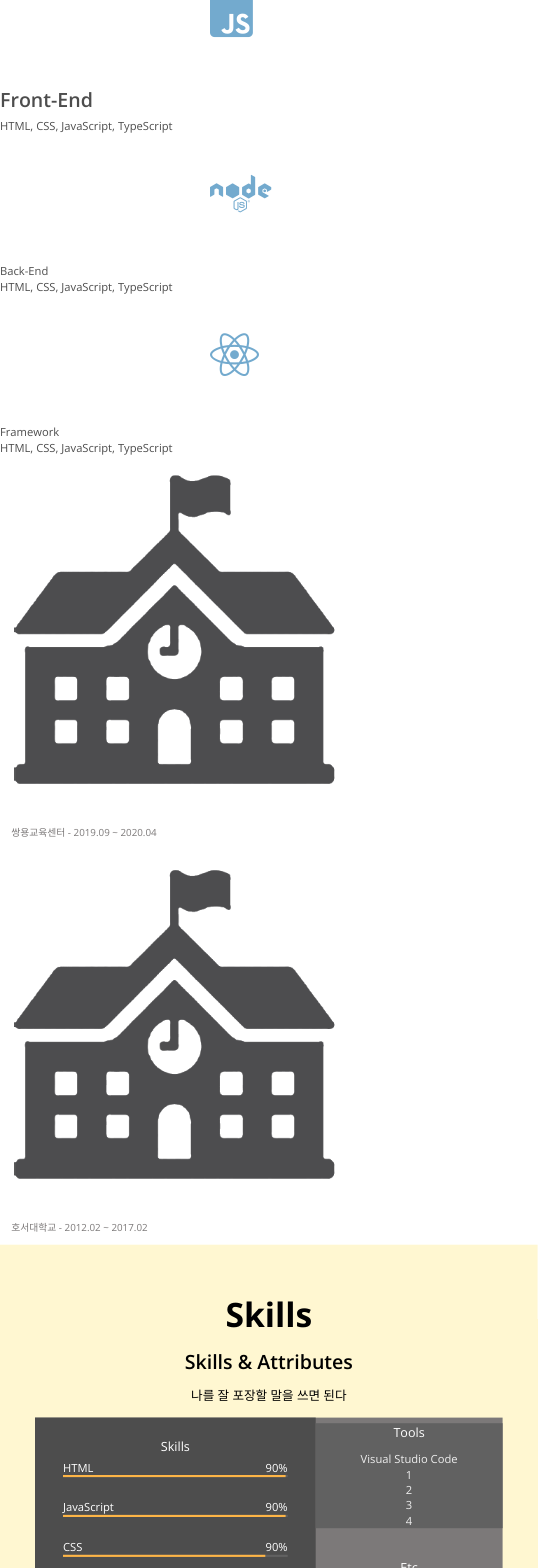
Repository: DevMinwoo-Jung/MinwooPortfolio
Page: index.html
An editor plug-in stored every save of this project. The page is shown before and after the next save, followed by the edit.
The browser window is 768 px wide. The pictures show the part of the page from y = 1383 to 3623 px (the page is 6937 px tall before and 7373 px after), at 70% of full size.

Above is the page before, as saved 2021-06-01 11:23:23.

### index.html
<!DOCTYPE html>
<html lang="en">
<head>
  <meta charset="UTF-8">
  <meta http-equiv="X-UA-Compatible" content="IE=edge">
  <meta name="viewport" content="width=device-width, initial-scale=1.0">
  <title>Minwoo's Portfolio</title>
  <meta name="description" content="(will be) world-renowned Front-End Web developer Minwoo">
  <meta name="author" content= "Minwoo Jung">
  <link rel="icon" type ="image/png" href="imgs/favicon.png">
  <link rel="stylesheet" href="https://use.fontawesome.com/releases/v5.15.3/css/all.css" integrity="sha384-SZXxX4whJ79/gErwcOYf+zWLeJdY/qpuqC4cAa9rOGUstPomtqpuNWT9wdPEn2fk" crossorigin="anonymous">
  <link rel="preconnect" href="https://fonts.gstatic.com">
<link href="https://fonts.googleapis.com/css2?family=Open+Sans:wght@400;600;700&display=swap" rel="stylesheet">
<link rel="stylesheet" href="style.css">
<script src="main.js" defer></script>
</head>
<body>
  <!-- Navbar -->
  <nav id="navbar">
    <div class="navbar__logo">
      <img src="imgs/favicon.png" alt="">
      <a href="#">Minwoo</a>
    </div>
    <div class="navbar__menu">
      <ul class="nvabar__menu">
        <li class="navbar__menu__item--active">Home</li>
        <li class="navbar__menu__item">About</li>
        <li class="navbar__menu__item">Skills</li>
        <li class="navbar__menu__item">My work</li>
        <li class="navbar__menu__item">Testimonial</li>
        <li class="navbar__menu__item">Contact</li>
      </ul>
    </div>
  <!-- Toggle Button -->
      <button class="navbar__toggle-btn">
        <i class="fas fa-bars"></i>
      </button>
  </nav>


  <!-- Home -->
  <section id="home">
    <img src="imgs/myPhoto.jpg" alt="Minwoo's profile photo" class="home__avatar">
    <h1 class="home__title">반갑습니다. <br> 프론트엔드 개발자 정민우입니다.</h1>
    <h2 class="home__description">멈추지 않는 개발자로 살아가고싶습니다.</h2>
    <button class="home__contact">Contact Me</button>
  </section>
  <!-- About -->
  <section id="about" class="section__container">
    <h1>About me</h1>
    <p>나를 나타내는 문장 문장 장문 문에 있는 고추장</p>
    <div class="about__majors">
      <div class="major">
        <div class="major__icon">
          <i class="fab fa-js-square"></i>
        </div>
        <h2 class="major__title">Front-End</h2>
        <div class="major__description">
          HTML, CSS, JavaScript, TypeScript
        </div>
      </div>
      <div class="major">
        <div class="major__icon">
          <i class="fab fa-node"></i>
        </div>
        <div class="major__title">Back-End</div>
        <div class="major__description">
          HTML, CSS, JavaScript, TypeScript
        </div>
      </div>
      <div class="major">
        <div class="major__icon">
          <i class="fab fa-react"></i>
        </div>
        <div class="major__title">Framework</div>
        <div class="major__description">
          HTML, CSS, JavaScript, TypeScript
        </div>
      </div>
    </div>
    <div class="aoubt__jobs">
      <div class="job">
        <img src="imgs/school.png" alt="" class="job__logo">
      </div>
      <div class="job__description">
        <p class="job__period">쌍용교육센터 - 2019.09 ~ 2020.04</p>
      </div>
      <div class="job">
        <img src="imgs/school.png" alt="" class="job__logo">
      </div>
      <div class="job__description">
        <p class="job__period">호서대학교 - 2012.02 ~ 2017.02</p>
      </div>
    </div>



  </section>
  <!-- Skills -->
  <section id="skills" class="section">
    <div class="section__container">
      <h1>Skills</h1>
      <h2>Skills & Attributes</h2>
      <p>
        나를 잘 포장할 말을 쓰면 된다
      </p>
      <div class="skillset">
        <div class="skillset__left">
          <h3 class="skillset__title">Skills</h3>
          <div class="skill">
            <div class="skill__description">
              <span>HTML</span>
              <span>90%</span>
            </div>
            <div class="skill__bar">
              <div class="skill__value" style="width: 99%;"></div>
            </div>
          </div>
          <div class="skill">
            <div class="skill__description">
              <span>JavaScript</span>
              <span>90%</span>
            </div>
            <div class="skill__bar">
              <div class="skill__value"  style="width: 99%;"></div>
            </div>
          </div>
          <div class="skill">
            <div class="skill__description">
              <span>CSS</span>
              <span>90%</span>
            </div>
            <div class="skill__bar">
              <div class="skill__value"  style="width: 90%;"></div>
            </div>
          </div>
          <div class="skill">
            <div class="skill__description">
              <span>TypeScript</span>
              <span>90%</span>
            </div>
            <div class="skill__bar">
              <div class="skill__value"  style="width: 85%;"></div>
            </div>
          </div>
          <div class="skill">
            <div class="skill__description">
              <span>NodeJs</span>
              <span>90%</span>
            </div>
            <div class="skill__bar">
              <div class="skill__value"  style="width: 80%;"></div>
            </div>
          </div>
        </div>
        <div class="skillset__right">
          <div class="tools">
            <h3 class="skillset__title">Tools</h3>
            <ul class="tools__list">
              <li><span>Visual Studio Code</span></li>
              <li><span>1</span></li>
              <li><span>2</span></li>
              <li><span>3</span></li>
              <li><span>4</span></li>
            </ul>
          </div>
          <div class="etc">
            <h3 class="skillset__title">Etc</h3>
            <ul class="etc__list">
              <li><span>Git</span></li>
              <li><span>Etc</span></li>
            </ul>
          </div>
        </div>
      </div>
    </div>
  </section>
  <!-- Work -->
  <section id="work" class="section">
<div class="section__container">
  <h1>My work</h1>
  <h3>Projects</h3>
  <div class="work__categories">
    <button class="category__btn active">All <span class="category__count">8</span></button>
    <button class="category__btn">Front-End <span class="category__count">3</span></button>
    <button class="category__btn">React <span class="category__count">2</span></button>
    <button class="category__btn">vanilaJs <span class="category__count">2</span></button>
    <button class="category__btn">nodeJs <span class="category__count">1</span></button>
  </div>
  <div class="work__projects">
    <a href="mygithub" class="project" target="blank" data-type="back-end">
    <img class="project__img" src="imgs/favicon.png" alt="project1">
    <!-- 이미지 추후에 넣자 -->
    <div class="project__description">
      <h3>Proejct</h3>
      <span>Clone coding with HTML and CSS</span>
    </div>
    </a>
    <a href="mygithub" class="project" target="blank" data-type="back-end">
      <img class="project__img" src="imgs/favicon.png" alt="project1">
      <!-- 이미지 추후에 넣자 -->
      <div class="project__description">
        <h3>Proejct</h3>
        <span>Clone coding with HTML and CSS</span>
      </div>
      </a>
      <a href="mygithub" class="project" target="blank" data-type="back-end">
        <img class="project__img" src="imgs/favicon.png" alt="project1">
        <!-- 이미지 추후에 넣자 -->
        <div class="project__description">
          <h3>Proejct</h3>
          <span>Clone coding with HTML and CSS</span>
        </div>
      </a>
      <a href="mygithub" class="project" target="blank" data-type="back-end">
        <img class="project__img" src="imgs/favicon.png" alt="project1">
        <!-- 이미지 추후에 넣자 -->
        <div class="project__description">
          <h3>Proejct</h3>
          <span>Clone coding with HTML and CSS</span>
        </div>
      </a>
      <a href="mygithub" class="project" target="blank" data-type="back-end">
        <img class="project__img" src="imgs/favicon.png" alt="project1">
        <!-- 이미지 추후에 넣자 -->
        <div class="project__description">
          <h3>Proejct</h3>
          <span>Clone coding with HTML and CSS</span>
        </div>
      </a>
      <a href="mygithub" class="project" target="blank" data-type="back-end">
        <img class="project__img" src="imgs/favicon.png" alt="project1">
        <!-- 이미지 추후에 넣자 -->
        <div class="project__description">
          <h3>Proejct</h3>
          <span>Clone coding with HTML and CSS</span>
        </div>
      </a>
      <a href="mygithub" class="project" target="blank" data-type="back-end">
        <img class="project__img" src="imgs/favicon.png" alt="project1">
        <!-- 이미지 추후에 넣자 -->
        <div class="project__description">
          <h3>Proejct</h3>
          <span>Clone coding with HTML and CSS</span>
        </div>
      </a>
      <a href="mygithub" class="project" target="blank" data-type="back-end">
        <img class="project__img" src="imgs/favicon.png" alt="project1">
        <!-- 이미지 추후에 넣자 -->
        <div class="project__description">
          <h3>Proejct</h3>
          <span>Clone coding with HTML and CSS</span>
        </div>
      </a>
  </div>
</div>
  </section>
  <!-- Testimonials -->
  <section id="testimonials" class="section">
<div class="section__container">
  <h1>Testmonials</h1>
  <h3>See what they say about me</h3>
  <div class="testimonials">
    <div class="testimonial">
      <img src="imgs/testimonail/people.jpg" alt="" class="testimonial__avatar">
      <div class="testimonail__speech-bubble">
        <p>Lorem Ipsum is simply dummy text of the printing and typesetting industry. Lorem Ipsum has been the industry's standard dummy text ever since the 1500s, when an unknown printer took a galley of type and scrambled it to make a type specimen book. It has survived not only five centuries, but also the leap into electronic typesetting, remaining essentially unchanged. It was popularised in the 1960s with the release of Letraset sheets containing Lorem Ipsum passages, and more recently with desktop publishing software like Aldus PageMaker including versions of Lorem Ipsum.</p>
        <p class="name"><a href="">이름</a>일한곳</p>
      </div>
    </div>
    <div class="testimonial">
      <div class="testimonail__speech-bubble">
        <p>Lorem Ipsum is simply dummy text of the printing and typesetting industry. Lorem Ipsum has been the industry's standard dummy text ever since the 1500s, when an unknown printer took a galley of type and scrambled it to make a type specimen book. It has survived not only five centuries, but also the leap into electronic typesetting, remaining essentially unchanged. It was popularised in the 1960s with the release of Letraset sheets containing Lorem Ipsum passages, and more recently with desktop publishing software like Aldus PageMaker including versions of Lorem Ipsum.</p>
        <p class="name"><a href="">이름</a>일한곳</p>
      </div>
      <img src="imgs/testimonail/people.jpg" alt="" class="testimonial__avatar">
    </div>
  </div>
</div>
  </section>
  <!-- Contact -->
  <section id="contact" class="section">
    <h1 class="contact__title">Let's talk</h1>
    <h2 class="contact__email">applejung312@gmail.com</h2>
    <div class="contact__links">
      <a href="https://github.com/DevMinwoo-Jung" target="_blank">
        <i class="fab fa-github"></i>
      </a>
      <a href="https://dev-minwoo.tistory.com/" target="_blank">
        <i class="fas fa-blog"></i>
      </a>
    </div>
    <p class="contact__right">
      2021 Minwoo Jung - All rights reseverd
    </p>
  </section>
</body>
</html>

### style.css
/* Global */
:root {
  /* Color */
  --color-white: #ffffff;
  --color-light-white: #eeeeee;
  --color-dark-white: #bdbdbd;
  --color-pink: #fe918d;
  --color-dark-pink: #ff6863;
  --color-dark-grey: #4d4d4d;
  --color-grey: #616161;
  --color-light-grey: #7c7979;
  --color-blue: #73aace;
  --color-yellow: #fff7d1;
  --color-orange: #feb546;
  --color-black: #000000;
  --color-dard-purple: rgb(78, 23, 69);

  /* Font size */
  --font-large: 48px;
  --font-medium: 28px;
  --font-regular: 18px;
  --font-small: 16px;
  --font-micro: 14px;

  /* Font weight */
  --weight-bold: 700;
  --weight-semi-bold: 600;
  --weight-regular: 400;

  /* Size */
  --size-border-radius: 4px;

  /* Animation Duration */
  --animation-duration: 300ms;
}

/* Universal tags */
* {
  box-sizing: border-box;
}

/* Typography */
h1 {
  font-size: var(--font-large);
  font-weight: var(--weight-bold);
  color: var(--color-black);
  margin: 16px 0px;
}

h2 {
  font-size: var(--font-medium);
  font-weight: var(--weight-semi-bold);
  color: var(--color-black);
  margin: 8px 0;
}

h3 {
  font-size: var(--font-regular);
  font-weight: var(--weight-regular);
  color: var(--color-black);
  margin: 8px 0;
}

p {
  font-size: var(--font-regular);
  font-weight: var(--weight-regular);
  color: var(--color-black);
  margin: 16px 0;
}

body {
  margin: 0;
  font-family: "Open Sans", sans-serif;
  cursor: default;
}

a {
  text-decoration: none;
  color: var(--color-white);
}

ul {
  list-style: none;
  padding-left: 0;
}

li {
  list-style: none;
}

button {
  background-color: transparent;
  cursor: pointer;
  border: none;
  outline: none;
}

/* Navbar */
#navbar {
  display: flex;
  justify-content: space-between;
  background-color: purple;
  align-items: center;
  color: var(--color-white);
  padding: 16px;
}

.navbar__menu {
  display: flex;
}

.navbar__menu__item {
  padding: 8px 12px;
  margin: 0 4px;
  cursor: pointer;
  color: var(--color-white);
}

.navbar__logo {
  font-size: var(--font-medium);
  font-weight: var(--weight-semi-bold);
}

.navbar__menu__item--active {
  border: 1px solid var(--color-white);
}

.navbar__menu__item:hover {
  background-color: var(--color-dard-purple);
}

.navbar__toggle-btn {
  position: absolute;
  right: 32px;
  font-size: 24px;
  color: var(--color-white);
  top: 24px;
  display: none;
}

/* Home */
#home {
  background: url("imgs/background\ Img.png") center/cover no-repeat;
  padding: 40px;
  text-align: center;
}

.home__avatar {
  width: 250px;
  height: 250px;
  border-radius: 50%;
  border: 2px solid var(--color-white);
}

.home__title,
.home__description {
  color: var(--color-white);
}

.home__contact {
  color: var(--color-white);
  font-size: var(--font-regular);
  font-weight: var(--weight-bold);
  margin: 24px;
  padding: 8px 12px;
  border: 2px solid (var(--color-white));
  border-radius: var(--size-border-radius);
}

/* Section common */
.section {
  margin: auto;
  padding: 50px;
  text-align: center;
}

.section__container {
  max-width: 1200px;
  margin: auto;
}

/* About */
.aoubt__majors {
  display: flex;
  justify-content: space-between;
  margin: 80px 0;
}

.major__icon {
  width: 170px;
  height: 170px;
  font-size: 70px;
  line-height: 170px;
  margin: auto;
  border: 1px solid var(--color-white);
  border-radius: 50%;
  margin-bottom: 16px;
  color: var(--color-blue);
}

.major__icon:hover i {
  color: var(--color-pink);
  transform: rotate(-30deg) scale(1.1);
}

.major__icon i {
  transition: all var(--animation-duration) ease;
}

/*
.major__icon i:hover{
  이렇게하면 i에 올려났을때만 변하지만
  위처럼하면 icon에 올렸을때 i만 변한다
  color: var(--color-pink);
  transform: rotate(-30deg) scale(1.1);
} */

.major__title,
.major__description {
  color: var(--color-dark-grey);
}

.major__description {
  font-size: var(--font-small);
}

.job {
  display: flex;
  align-items: center;
}

.job__description {
  margin: 0 16px;
  text-align: left;
}

.job__name,
.job__period {
  color: var(--color-light-grey);
}

.job__name {
  font-size: var(--font-small);
}

.job__period {
  font-size: var(--font-micro);
}

/* Skill */
#skills {
  background-color: var(--color-yellow);
}

.skillset {
  display: flex;
  background-color: var(--color-light-grey);
  color: var(--color-light-white);
  margin: 20px 0;
}

.skillset__title {
  color: var(--color-white);
}

.skillset__left {
  flex-basis: 60%;
  background-color: var(--color-dark-grey);
  color: var(--color-white);
  padding: 20px 40px;
}

.skill__description {
  display: flex;
  justify-content: space-between;
}

.skillset__right {
  flex-basis: 40%;
}

.tools {
  background-color: var(--color-grey);
}

.skill__bar {
  width: 100%;
  height: 3px;
  background-color: var(--color-grey);
}

.skill {
  margin-bottom: 32px;
}

.skill__value {
  height: 3px;
  background-color: var(--color-orange);
}

.tolls,
.etc {
  padding: 20px;
}

/* Work */
.work__categories {
  margin: 40px;
}

.category__btn {
  border: 1px solid var(--color-dark-grey);
  border-radius: var(--size-border-radius);
  font-size: var(--font-regular);
  padding: 8px 48px;
}

.category__btn.active,
.category__btn:hover {
  background-color: var(--color-pink);
  color: var(--color-white);
}

.category__btn.active,
.category__count,
.category__btn:hover .category__count {
  opacity: 1;
  top: 0;
}
.category__count {
  background-color: var(--color-orange);
  border-radius: 50%;
  color: var(--color-white);
  width: 24px;
  height: 24px;
  display: inline-block;
  line-height: 24px;
  position: relative;
  top: -20px;
  left: 4px;
  opacity: 0;
  transition: all var(--animation-duration);
}

.work__projects {
  display: flex;
  flex-wrap: wrap;
  justify-content: center;
}

.project {
  width: 280px;
  display: flex;
  justify-content: center;
  align-items: center;
  height: 250px;
  margin: 2px;
  background-color: var(--color-light-white);
  position: relative;
}

.project__img {
  max-width: 100%;
  max-height: 100%;
}

.project__description {
  position: absolute;
  top: 0;
  left: 0;
  width: 100%;
  height: 100%;
  display: flex;
  flex-direction: column;
  justify-content: center;
  opacity: 0;
  transition: all var(--animation-duration) ease-in;
}

.project:hover .project__description {
  opacity: 0.8;
  transform: translateY(0px);
}

.project__description h3 {
  color: var(--color-white);
}

.project__description h3:after {
  content: "";
  width: 25px;
  height: 25px;
  display: block;
  position: relative;
  left: 50%;
  margin-left: -12px;
  background-color: var(--color-dark-white);
}

/* Testimonial */
#testimonials {
  background-color: var(--color-dark-white);
}

.testimonials {
  margin: 40px;
}

.testimonial {
  display: flex;
  margin: 32px 0;
}

.testimonial__avatar {
  width: 150px;
  height: 150px;
  border-radius: 50%;
}

.testimonial__avatar:nth-child(odd) {
  margin-right: 40px;
}

.testimonial__avatar:nth-child(even) {
  margin-left: 40px;
}

.testimonail__speech-bubble {
  padding: 18px;
  background-color: var(--color-white);
  border-radius: var(--size-border-radius);
}

.testimonail__speech-bubble p {
  color: var(--color-light-grey);
}

.testimonail__speech-bubble a {
  color: var(--color-pink);
}

/* Contact */

#contact {
  background-color: var(--color-pink);
}

.contact__title,
.contact__email,
.contact__rights {
  color: var(--color-white);
}

.contact__title {
  margin: 32px 0;
}

.contact__links {
  font-size: var(--font-large);
  margin: 24px 0;
}

.contact__links i:hover {
  transform: scale(1.1);
  color: var(--color-yellow);
  transition: all var(--animation-duration) ease-in;
}

@media screen and (max-width: 768px) {
  .navbar__toggle-btn {
    display: block;
  }
  #navbar {
    flex-direction: column;
    align-items: flex-start;
  }
  .navbar__menu {
    flex-direction: column;
    text-align: center;
    width: 100%;
    display: none;
  }
}

Loaded but not shown: main.js (no copy from this time; the picture is the same without it)

After the next save:
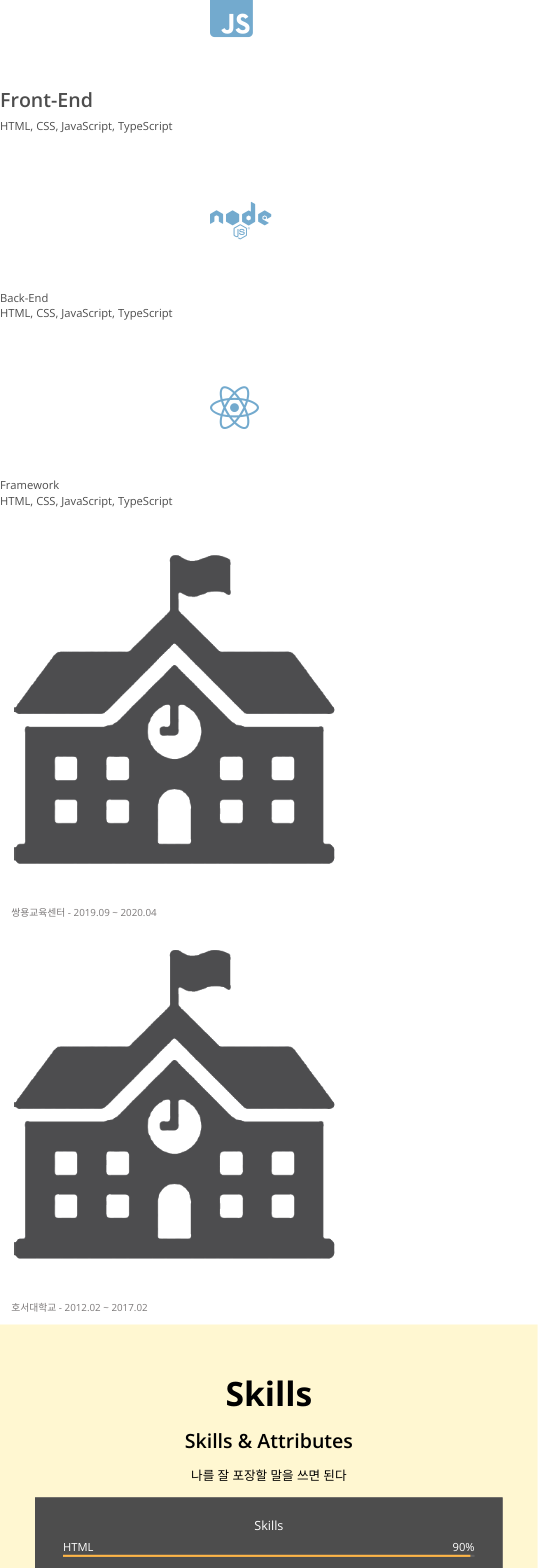
Saved 5 min 59 s later.
--- a/style.css
+++ b/style.css
@@ -480,4 +480,20 @@ button {
     width: 100%;
     display: none;
   }
-}
+
+  .about__majors {
+    flex-direction: column;
+  }
+
+  .major {
+    margin-bottom: 38px;
+  }
+
+  .skillset {
+    flex-direction: column;
+  }
+
+  .project {
+    flex-grow: 1;
+  }
+}
